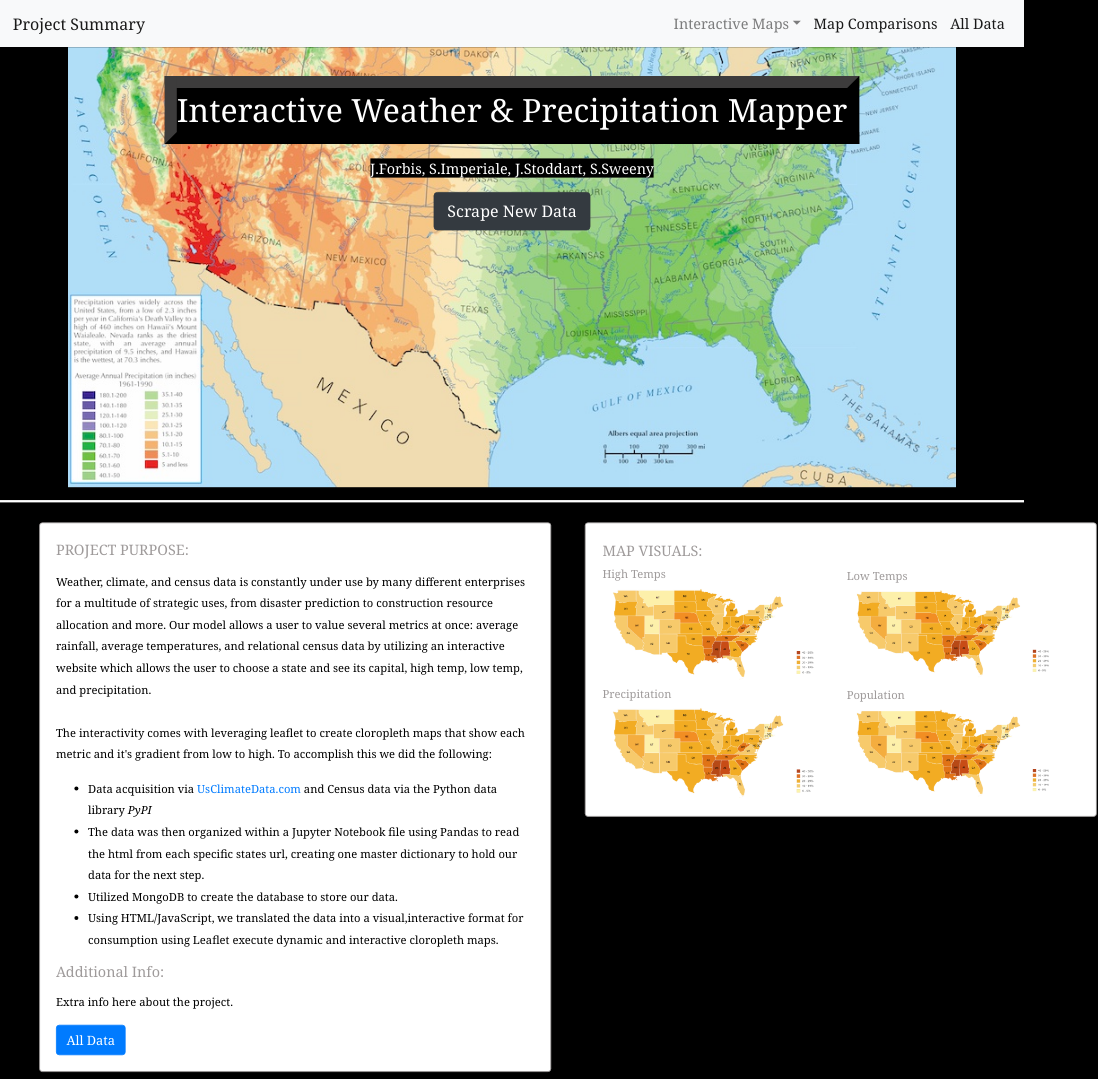
Repository: jforbis/project3-weathermap
Page: index.html
The author's editor kept a copy of each file at every save. The page is drawn from the files as they stood at one save, then again after the next save.
The browser window is 1280 px wide. The page is 1372 px wide, so the pictures cover 1372 px, including what lies to the right of the window. The pictures show the whole page, at 80% of full size.
Backgrounds fixed to the window are drawn as part of the page.

Above is the page before, as saved 2021-03-09 23:21:20.

### index.html
<!DOCTYPE html>
<html lang="en">

<head>
<meta charset="UTF-8">
<title>Interactive Weather & Precipitation Mapper</title>
<!--Bootstrap style sheet-->
<link rel="stylesheet" href="https://stackpath.bootstrapcdn.com/bootstrap/4.3.1/css/bootstrap.min.css" integrity="sha384-ggOyR0iXCbMQv3Xipma34MD+dH/1fQ784/j6cY/iJTQUOhcWr7x9JvoRxT2MZw1T" crossorigin="anonymous">
<!--link to style sheet-->
<link rel="stylesheet" type="text/css" href="static/css/style.css">
</head>

<!--Top Nav Bar-->
<nav class="navbar-expand-lg navbar-light bg-light nav-color navbar nav">
    <a class="navbar-brand" href="index.html">Project Summary</a>
    <button class="navbar-toggler" type="button" data-bs-toggle="collapse" data-bs-target="#navbarSupportedContent"
        aria-controls="navbarSupportedContent" aria-expanded="false" aria-label="Toggle navigation">
        <span class="navbar-toggler-icon"></span>
    </button>
    <div class="collapse navbar-collapse justify-content-end" id="navbarSupportedContent">
        <div class="nav navbar-nav navbar-right">
            <ul class="navbar-nav me-auto mb-2 mb-lg-0">
                <li class="nav-item dropdown">
                    <a class="nav-link dropdown-toggle" href="#" id="navbarDropdown" role="button"
                        data-bs-toggle="dropdown" aria-expanded="false">Interactive Maps</a>
                    <ul class="dropdown-menu" aria-labelledby="navbarDropdown">
                        <a class="dropdown-item" href="Route#1">High Temps</a>
                        <a class="dropdown-item" href="Route#2">Low Temps</a>
                        <a class="dropdown-item" href="Route#3">Precipitation</a>
                        <a class="dropdown-item" href="Route#4">Population</a>
                    </ul>
                </li>
                <li class="nav-item active">
                    <a class="nav-link" href="comparisons.html">Map Comparisons</a>
                </li>
                <li class="nav-item active">
                    <a class="nav-link" href="data.html">All Data</a>
                </li>
            </ul>
        </div>
    </div>
</nav>
<!-- First div is a container for the title and scraper button -->
<div class="container">
    <div class="hero text-center">
        <h1><span class="title">Interactive Weather & Precipitation Mapper</span></h1>
        <p><span style="background-color: #000000">J.Forbis, S.Imperiale, J.Stoddart, S.Sweeny</span></p>
        <p><a class="btn btn-dark btn-lg" href="/scrape" role="button">Scrape New Data</a></p>
    </div>
</div>
<body>
    <hr>
    <div class="d-flex p-2">
        <table>
            <tr>
                <td style="vertical-align:top">
                    <div class="card" style="width: 40rem;">
                        <!-- Update Image Here If We Even Want One -->
                        <div class="card-body">
                        <div class="card-title">PROJECT PURPOSE:</div>
                        <p class="card-text">
                            Weather, climate, and census data is constantly under use by many different enterprises
                            for a multitude of strategic uses, from disaster prediction to construction
                            resource allocation and more. Our model allows a user to value several metrics
                            at once: average rainfall, average temperatures, and relational census data by
                            utilizing an interactive website which allows the user to choose a state and see
                            its capital, high temp, low temp, and precipitation. </br></br>
                            The interactivity comes with leveraging leaflet to create cloropleth maps that
                            show each metric and it's gradient from low to high. To accomplish this we did
                            the following:</br>
                            <ul>
                                <li class="card-text">
                                    Data acquisition via <a href="https://www.usclimatedata.com/">UsClimateData.com</a>
                                    and Census data via the Python data library <i>PyPI</i>
                                <li class="card-text">
                                    The data was then organized within a Jupyter Notebook file using Pandas to
                                    read the html from each specific states url, creating one master dictionary
                                    to hold our data for the next step.
                                <li class="card-text">
                                    Utilized MongoDB to create the database to store our data.
                                <li class="card-text">
                                    Using HTML/JavaScript, we translated the data into a visual,interactive format
                                    for consumption using Leaflet execute dynamic and interactive cloropleth maps.
                            </ul>
                        <h5 class="card-title">Additional Info:</h5>
                        <p class="card-text">
                            Extra info here about the project.
                        </p>
                        <!--Todo: add url to data page-->
                        <a href="data.html" class="btn btn-primary">All Data</a>
                        </div>
                    </div>
                </td>
                <td style="vertical-align:top">
                    <div class="card" style="width: 40rem;">
                            <div class="card-body">
                                <table>
                                    <tr>
                                        <!--Todo: add images of each map and specify their specific routes so they are clickable-->
                                    <td class="card-title" colspan=2>MAP VISUALS:</td>
                                    </tr>
                                    <tr>
                                        <td>High Temps
                                            <a href="visualizations/maxtemp.html">
                                                <img src="images/choropleth-example.png" class="card-img-top" alt="...">
                                            </a>
                                        </td>
                                        <td>Low Temps
                                            <a href="visualizations/humidity.html">
                                                <img src="images/choropleth-example.png" class="card-img-top" alt="...">
                                            </a>
                                        </td>
                                    </tr>
                                    <tr>
                                        <td>Precipitation
                                            <a href="visualizations/cloudiness.html">
                                                <img src="images/choropleth-example.png" class="card-img-top" alt="...">
                                        </a>
                                        </td>
                                        <td>Population
                                            <a href="visualizations/windspeed.html">
                                                <img src="images/choropleth-example.png" class="card-img-top" alt="...">
                                            </a>
                                        </td>
                                    </tr>
                                </table>
                            </div>
                    </div>
                </td>
            </tr>
        </table>
    </div>
</body>

### static/css/style.css
/* Styling for HTML elements */
body {
    padding: 0;
    margin: 0;
    font-family: Georgia, "Times New Roman", Times, serif;
    font-size: 18px;
    line-height: 150%;
    color: rgb(0, 0, 0);
    background: #000000;
}

.title {
    background-color: black;
    color: white;
    width: 300px;
    border: 15px #3d3c3c;
    border-style: outset
}
.dropdown {
    position: relative;
    display: inline-block;
}

.dropdown-menu {
    display: none;
    position: absolute;
    background-color: #f9f9f9;
    min-width: 160px;
    box-shadow: 0px 8px 16px 0px rgba(0,0,0,0.2);
    padding: 12px 16px;
    z-index: 1;
}

.dropdown:hover .dropdown-menu {
    display: block;
}

h1 {
    padding: 25px;
    margin: 10px;
    color: black
}

h3 {
    margin-left: 35px;
    color: white;
    font-size: 16px
}

hr {
    height: 2px;
    background-color: white
}

.card {
    color: #9f9b9b;
    font-size: 14px;
    margin-left: 40px;
    margin-top: top;
    border-color: #9f9b9b;
    vertical-align: text-top
}

.card-text {
    color: black
}
.second_card {
    color: #9f9b9b;
    background-color: white;
    margin-top: -140px;
    margin-left: 40px
}

.card-img-top {
    width: 90%;
    height: auto;
}

.card-title {
    font-size: 18px
}

.top_row {
    position: sticky;
    top: 0;
    background-color: #353A3F;
}

.navbar-expand-lg {
    position: sticky;
    top: 0;
    z-index: 1071;
}

.hero {
    position: relative;
    height: 550px;
    padding: 20px;
    margin: 0;
    background: black;
    background-image: url("../../images/intro_image2.jpg");
    background-attachment: fixed;
    background-position: bottom center;
    background-size: cover;
}

p {
    color: white
}

After the next save:
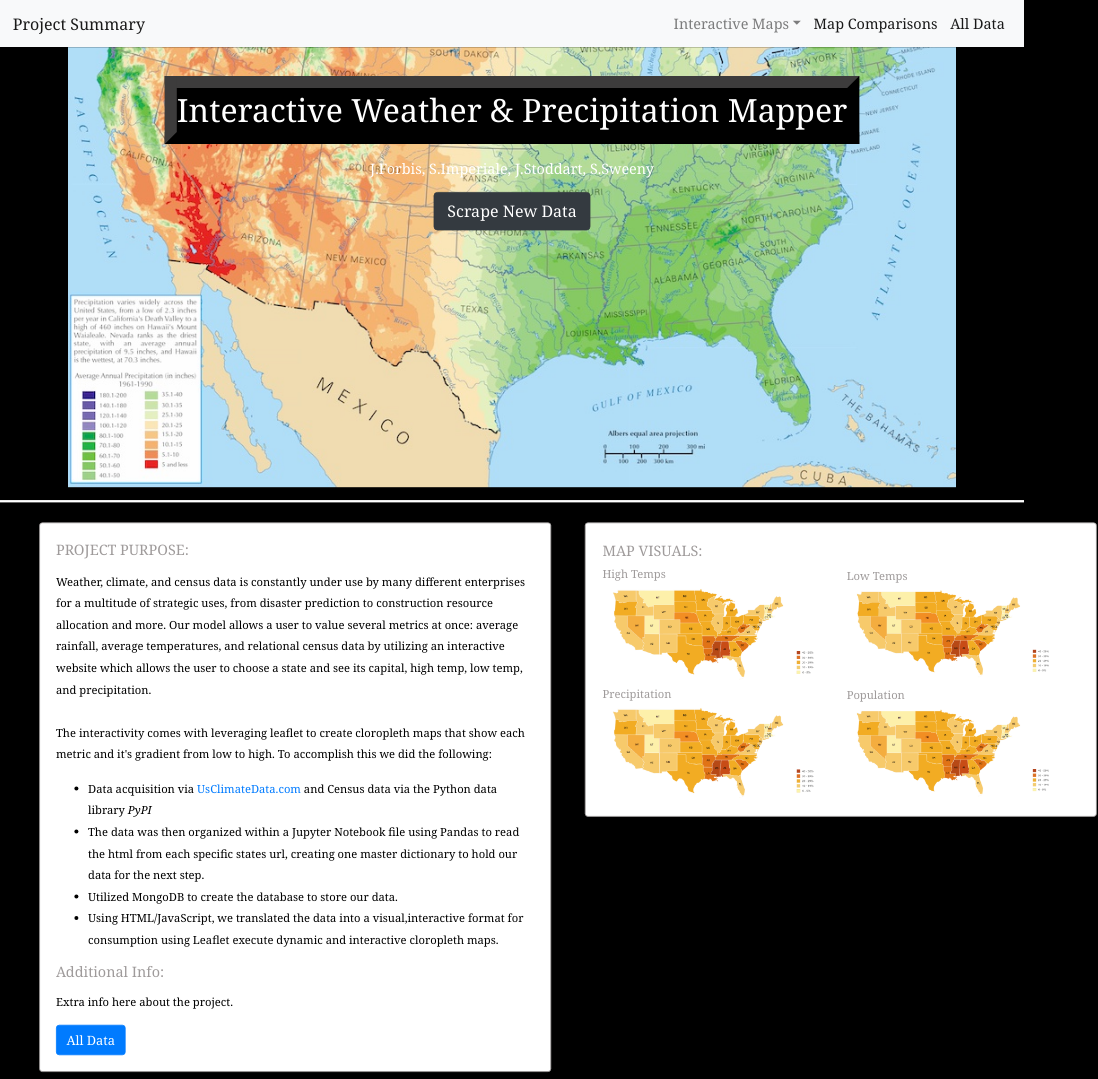
Saved 41 s later.
--- a/index.html
+++ b/index.html
@@ -44,7 +44,7 @@
 <div class="container">
     <div class="hero text-center">
         <h1><span class="title">Interactive Weather & Precipitation Mapper</span></h1>
-        <p><span style="background-color: #000000">J.Forbis, S.Imperiale, J.Stoddart, S.Sweeny</span></p>
+        <p><span class="title2">J.Forbis, S.Imperiale, J.Stoddart, S.Sweeny</span></p>
         <p><a class="btn btn-dark btn-lg" href="/scrape" role="button">Scrape New Data</a></p>
     </div>
 </div>
